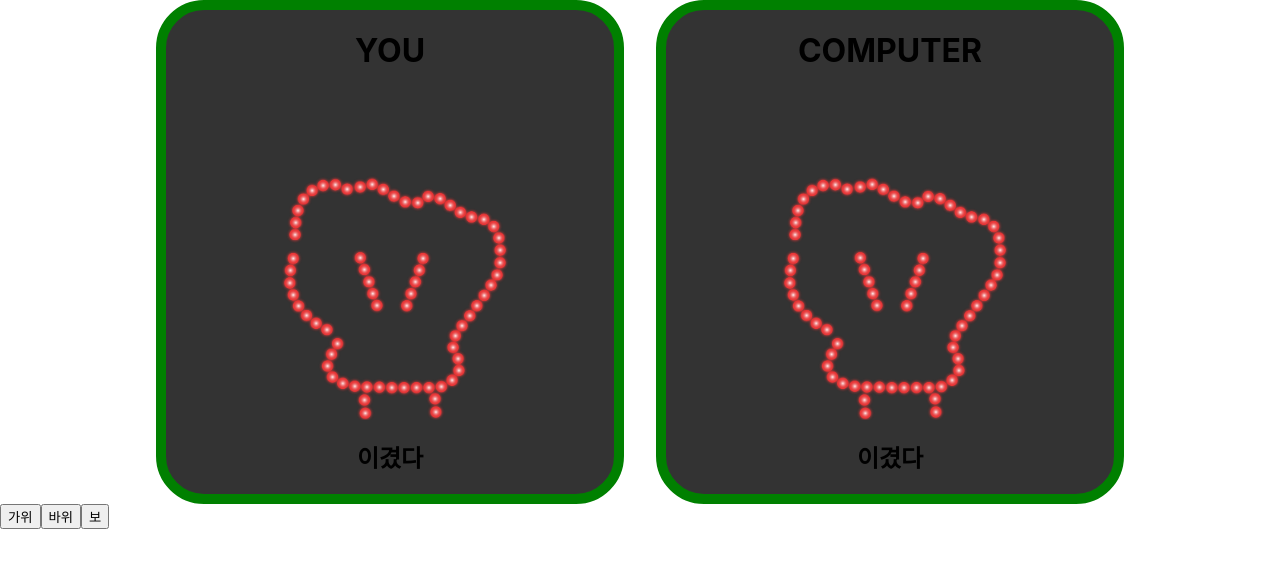
Repository: KIMMIHYE12/classComponent
Page: /
An editor plug-in stored every save of this project. The page is shown before and after the next save, followed by the edit.
The browser window is 1280 px wide. The pictures show the whole page.
The project was rebuilt for these pictures with package versions that can differ from the ones it lists, and the page was loaded fresh each time.

Above is the page before, as saved 2024-03-18 20:53:28.

After the next save:
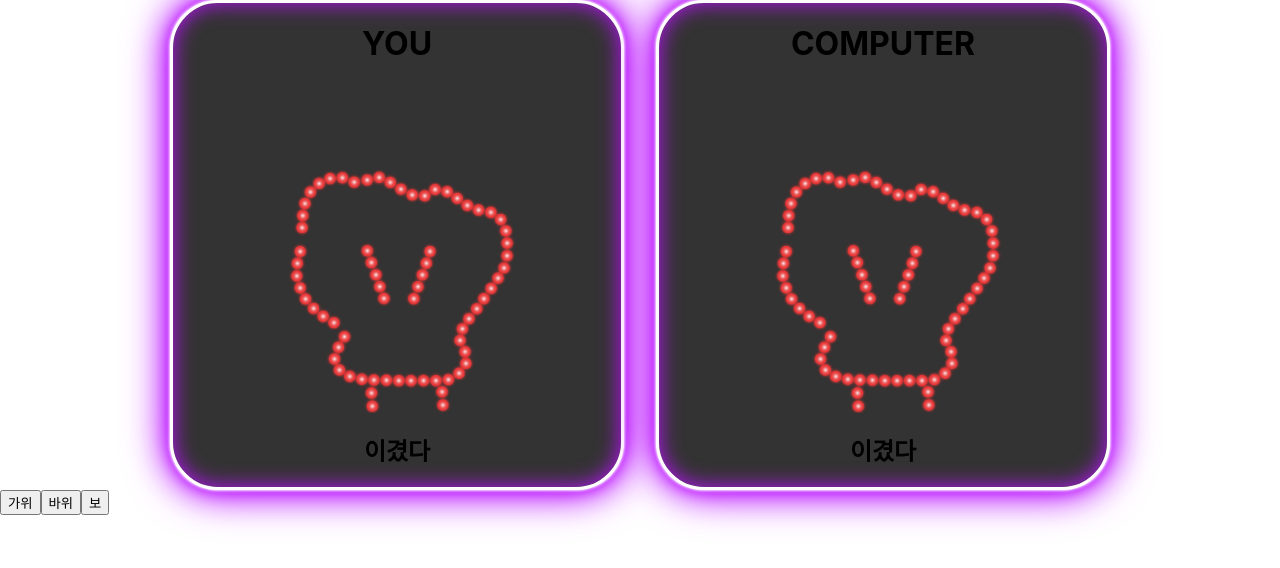
Saved 2 min 42 s later.
--- a/src/App.css
+++ b/src/App.css
@@ -9,9 +9,11 @@
   align-items: center;
   flex-direction: column;
   margin: 0 1em;
-  border: 10px solid green;
+  border: 0.2rem solid #fff;
   background: #333;
   border-radius: 3rem;
+  box-shadow: 0 0 0.2rem #fff, 0 0 0.2rem #fff, 0 0 2rem #bc13fe,
+    0 0 0.8rem #bc13fe, 0 0 2.8rem #bc13fe, inset 0 0 1.3rem #bc13fe;
 }
 img {
   width: 70%;
